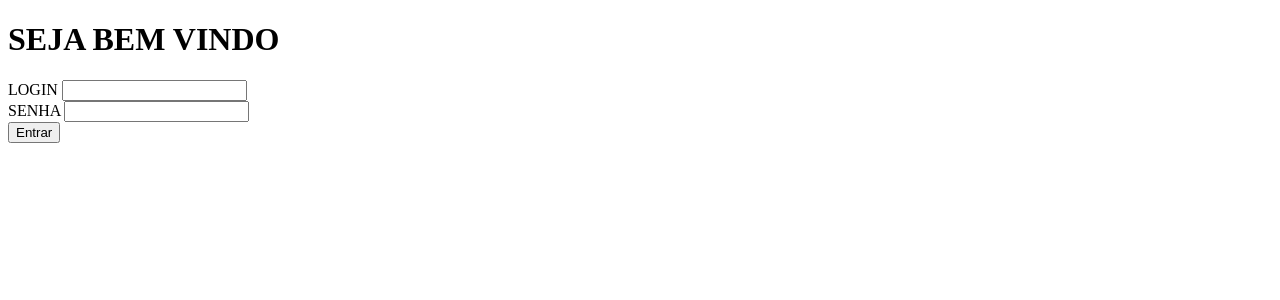
Repository: JulioCesarSF/Java
Page: http://localhost/05-JSP-Servlet/
These files come from the project's save history. The page is drawn as it stood at one moment and after the next save; the edit follows.
The browser window is 1280 px wide. The pictures show the whole page.
The page is served by Tomcat 9.

Above is the page before, as saved 2016-08-18 11:13:34.

After the next save:
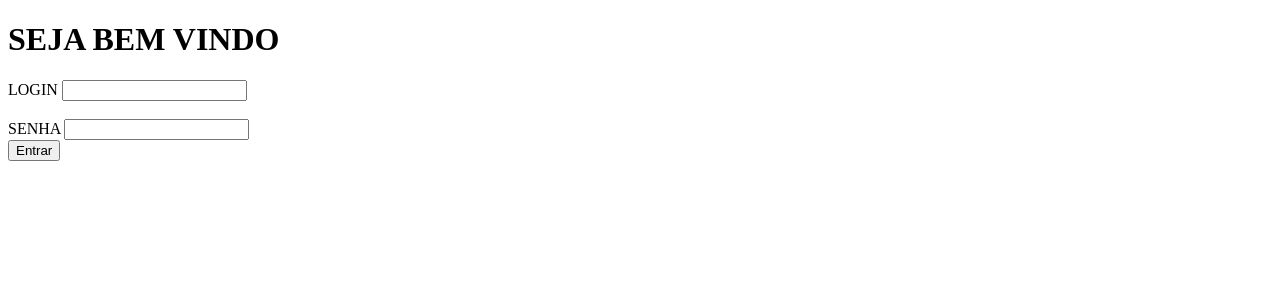
Saved 18 s later.
--- a/ProjetosFaculdade/Thiago/05-JSP-Servlet/WebContent/index.jsp
+++ b/ProjetosFaculdade/Thiago/05-JSP-Servlet/WebContent/index.jsp
@@ -13,6 +13,7 @@
 			<label for="nome">LOGIN</label> <input type="text" name="nome"
 				id="nome" class="id">
 		</div>
+		</br>
 		<div>
 			<label for="senha">SENHA</label> <input type="password" name="senha"
 				id="senha">
